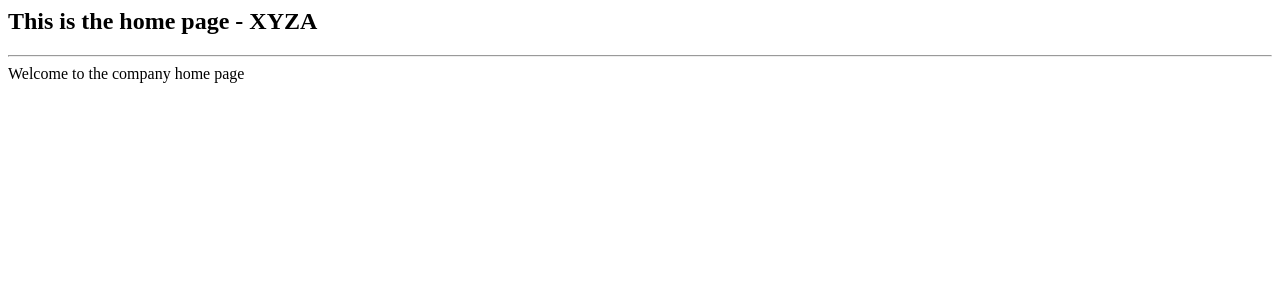
Repository: palash-07/Spring-and-Hibernate-includes-Spring-Boot-
Page: http://localhost/spring-security-demo-04-bootstrap-login-form/
These files come from the project's save history. The page is drawn as it stood at one moment and after the next save; the edit follows.
The browser window is 1280 px wide. The pictures show the whole page.
The page is served by Tomcat 9.

Above is the page before, as saved 2022-07-02 06:32:18.

After the next save:
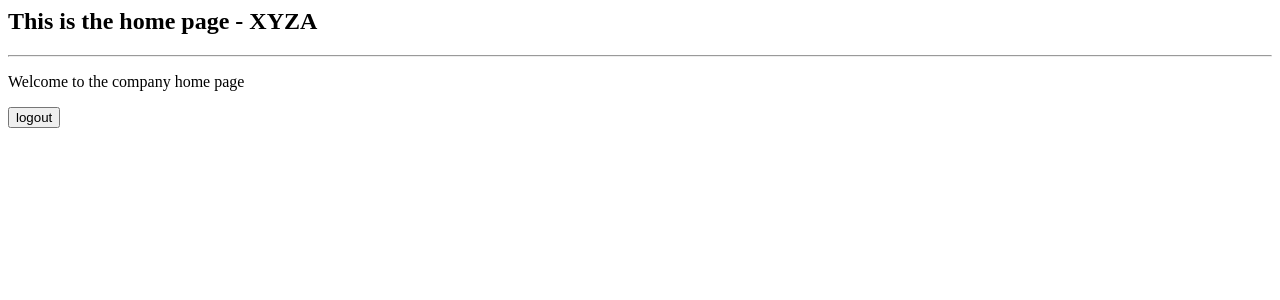
Saved 118 s later.
--- a/spring-security-demo-04-bootstrap-login-form/src/main/webapp/WEB-INF/view/home.jsp
+++ b/spring-security-demo-04-bootstrap-login-form/src/main/webapp/WEB-INF/view/home.jsp
@@ -10,8 +10,17 @@
 <body>
 	<h2>This is the home page - XYZA</h2>
 	<hr>
+	<p>Welcome to the company home page</p>
 
-	Welcome to the company home page
+	<!-- Add a logout button -->
+	<form:form action="${pageContext.request.contextPath}/logout"
+		method="POST">
+
+		<input type="submit" value="logout" />
+
+	</form:form>
+
+
 </body>
 
 </html>
